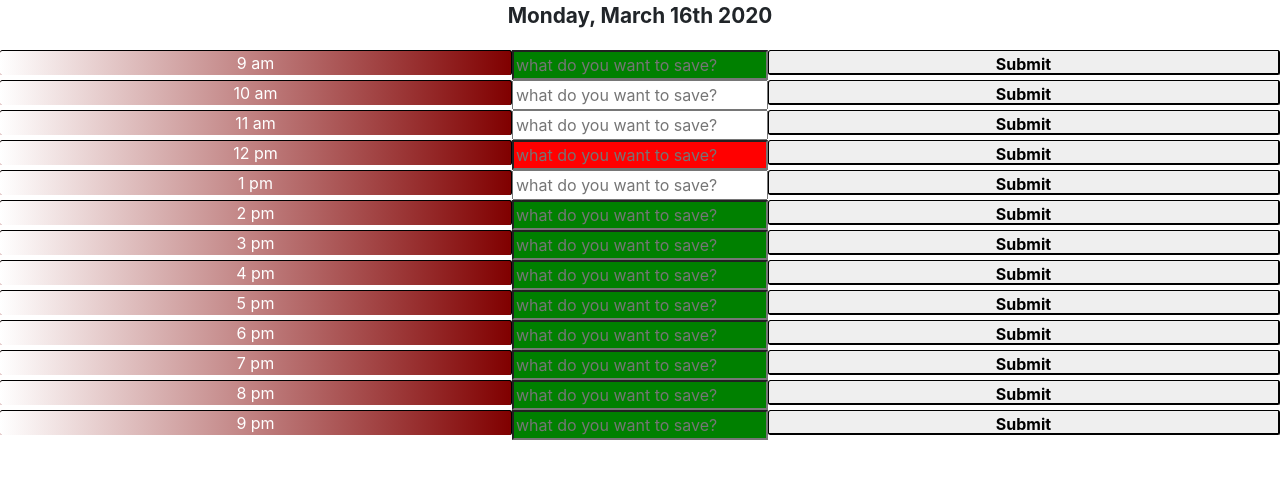
Repository: kkyler24/DayPlanner
Page: Index.html
An editor plug-in stored every save of this project. The page is shown before and after the next save, followed by the edit.
The browser window is 1280 px wide. The pictures show the whole page.
Some web libraries are served in a nearby version.

Above is the page before, as saved 2020-03-29 22:27:48.
Console error: ReferenceError: array is not defined

### Index.html
<!DOCTYPE html>
<html lang="en">
<head>
    <meta charset="UTF-8">
    <meta name="viewport" content="width=device-width, initial-scale=1.0">
    <!-- Style Sheets -->
    <link rel="stylesheet" href="https://maxcdn.bootstrapcdn.com/bootstrap/4.0.0/css/bootstrap.min.css" integrity="sha384-Gn5384xqQ1aoWXA+058RXPxPg6fy4IWvTNh0E263XmFcJlSAwiGgFAW/dAiS6JXm" crossorigin="anonymous">
    <link rel="stylesheet" type="text/CSS" href="Assets/todocss/todostyles.css">
    <link rel="stylesheet"  type="text/CSS" href="style.css">
    <title>Planner</title>
</head>
<body>
<Main>

<!--Todolist todo list Set up -->
<Div style="display: none">
<Section>
    <div id="ContainerTodo">
        <H1>Today's To-Do List</H1>
        <input type="text">
        <ul>
            <li><span>X</span> Go to Gym</li>
            <li><span>X</span> Finish H.W</li>
            <li><span>X</span> Take over the World</li>
        </ul>


         </div>
 <!-- calendar set up -->
    <div class="container col-sm-4 col-md-7 col-lg-4 mt-5">
        <div class="card">
            <h3 class="card-header" id="monthAndYear"></h3>
            <table class="table table-bordered table-responsive-md" id="calendar">
                <thead>
                <tr>
                    <th>Sun</th>
                    <th>Mon</th>
                    <th>Tue</th>
                    <th>Wed</th>
                    <th>Thu</th>
                    <th>Fri</th>
                    <th>Sat</th>
                </tr>
                </thead>

                <tbody id="calendar-body">

                </tbody>
            </table>

            <div class="form-inline">

                <button class="btn btn-outline-primary col-sm-6" id="previous" onclick="previous()">Previous</button>

                <button class="btn btn-outline-primary col-sm-6" id="next" onclick="next()">Next</button>
            </div>
            <br/>
            <form class="form-inline">
                <label class="lead mr-2 ml-2" for="month">Jump To: </label>
                <select class="form-control col-sm-4" name="month" id="month" onchange="jump()">
                    <option value=0>Jan</option>
                    <option value=1>Feb</option>
                    <option value=2>Mar</option>
                    <option value=3>Apr</option>
                    <option value=4>May</option>
                    <option value=5>Jun</option>
                    <option value=6>Jul</option>
                    <option value=7>Aug</option>
                    <option value=8>Sep</option>
                    <option value=9>Oct</option>
                    <option value=10>Nov</option>
                    <option value=11>Dec</option>
                </select>


                <label for="year"></label><select class="form-control col-sm-4" name="year" id="year" onchange="jump()">

                <option value=2020>2020</option>
                <option value=2021>2021</option>
                <option value=2022>2022</option>
                <option value=2023>2023</option>
                <option value=2024>2024</option>
                <option value=2025>2025</option>
                <option value=2026>2026</option>
                <option value=2027>2027</option>
                <option value=2028>2028</option>
                <option value=2029>2029</option>
                <option value=2030>2030</option>
                <option value=2030>2030</option>
                <option value=2030>2030</option>
                <option value=2030>2030</option>
                <option value=2030>2030</option>
            </select></form>
        </div>
    </div>
    <!--<button name="jump" onclick="jump()">Go</button>-->
</sectiontwo>

<!-- <----Scheduler -->
</Div>
<div id="date"></div>
<div>
    <form onsubmit="timeSubmit(event)">
    <div class="column-small left">9 am</div>
    <input class="column-large middle" placeholder="what do you want to save?"/>
    <button type="submit" class="column-small right button"><strong>Submit</strong></button>
    </form>
    <form onsubmit="timeSubmit(event)">
    <div class="column-small left">10 am</div>
    <input class="column-large middle" placeholder="what do you want to save?">
    <button class="column-small right button"><strong>Submit</strong></button>
    </form>
    <form onsubmit="timeSubmit(event)">
    <div class="column-small left">11 am</div>
    <input class="column-large middle" placeholder="what do you want to save?">
    <button class="column-small right button"><strong>Submit</strong></button>
    </form>
    <form onsubmit="timeSubmit(event)">
    <div class="column-small left">12 pm</div>
    <input class="column-large middle" placeholder="what do you want to save?">
    <button class="column-small right button"><strong>Submit</strong></button>
    </form>
    <form onsubmit="timeSubmit(event)">
    <div class="column-small left">1 pm</div>
    <input class="column-large middle" placeholder="what do you want to save?">
    <button class="column-small right button"><strong>Submit</strong></button>
    </form>
    <form onsubmit="timeSubmit(event)">
    <div class="column-small left">2 pm</div>
    <input class="column-large middle" placeholder="what do you want to save?">
    <button class="column-small right button"><strong>Submit</strong></button>
    </form>
    <form onsubmit="timeSubmit(event)">
    <div class="column-small left">3 pm</div>
    <input class="column-large middle" placeholder="what do you want to save?">
    <button class="column-small right button"><strong>Submit</strong></button>
    </form>
    <form onsubmit="timeSubmit(event)">
    <div class="column-small left">4 pm</div>
    <input class="column-large middle" placeholder="what do you want to save?">
    <button class="column-small right button"><strong>Submit</strong></button>
    </form>
    <form onsubmit="timeSubmit(event)">
    <div class="column-small left">5 pm</div>
    <input class="column-large middle" placeholder="what do you want to save?">
    <button class="column-small right button"><strong>Submit</strong></button>
    </form>
    <form onsubmit="timeSubmit(event)">
    <div class="column-small left">6 pm</div>
    <input class="column-large middle" placeholder="what do you want to save?">
    <button class="column-small right button"><strong>Submit</strong></button>
    </form>
    <form onsubmit="timeSubmit(event)">
    <div class="column-small left">7 pm</div>
    <input class="column-large middle" placeholder="what do you want to save?">
    <button class="column-small right button"><strong>Submit</strong></button>
    </form>
    <form onsubmit="timeSubmit(event)">
    <div class="column-small left">8 pm</div>
    <input class="column-large middle" placeholder="what do you want to save?">
    <button class="column-small right button"><strong>Submit</strong></button>
    </form>
    <form onsubmit="timeSubmit(event)">
    <div class="column-small left">9 pm</div>
    <input class="column-large middle" placeholder="what do you want to save?">
    <button class="column-small right button"><strong>Submit</strong></button>
    </form>
      </div>

    </Div>
</Div>

</Main>

<script src="https://code.jquery.com/jquery-3.2.1.slim.min.js" integrity="sha384-KJ3o2DKtIkvYIK3UENzmM7KCkRr/rE9/Qpg6aAZGJwFDMVNA/GpGFF93hXpG5KkN" crossorigin="anonymous"></script>
<script src="https://cdnjs.cloudflare.com/ajax/libs/popper.js/1.12.9/umd/popper.min.js" integrity="sha384-ApNbgh9B+Y1QKtv3Rn7W3mgPxhU9K/ScQsAP7hUibX39j7fakFPskvXusvfa0b4Q" crossorigin="anonymous"></script>
<script src="https://maxcdn.bootstrapcdn.com/bootstrap/4.0.0/js/bootstrap.min.js" integrity="sha384-JZR6Spejh4U02d8jOt6vLEHfe/JQGiRRSQQxSfFWpi1MquVdAyjUar5+76PVCmYl" crossorigin="anonymous"></script>
<script <script src="https://cdnjs.cloudflare.com/ajax/libs/moment.js/2.24.0/moment.min.js"></script>
<script type="text/javascript" src="javascript.js"></script>
<script type="text/javascript" src="Assets/todo JS/todo.js"></script>
</body>
</html>

### Assets/todocss/todostyles.css
/* #ContainerTodo{
  border: 2px solid teal ;
  border-radius:10px ;
  width: 400px;
  margin-top:3rem;
  margin-left:200px ;
  float: left;

} */


Planner

.past{
  background-color: grey;
}
.present {
  background-color: red;
}
.future {
  background-color: green;
}
.column-small {
  flex-grow: 1;
  display: inline-block;
  text-align: center;
  height: 25px;
  width: 25px;
  border-top: 1px solid black;
  border-radius: 2.5px;
}
.column-large {
  flex-grow: 10;
  display: inline-block;
  text-align: center;
}
.left {
  border-right: 1px solid black;
  background-color: maroon;
  color: white;
  background-image: linear-gradient(to right, white, maroon);
}
.right {
  border-left: 1px solid black;
  cursor: pointer;
}
.middle {
  border-bottom: 1px solid black;
  background-color: beige;
}
#date {
  margin: auto;
  text-align: center;
  height: 50px;
  width: 50%;
  font-weight: bold;
  font-size: 1.3em;
}
form {
  display: flex;
}

### style.css
/* .container{
    margin-right: 150px;
    margin-top: 3rem;
    float: left;
    border: 2px solid teal;
    border-radius: 10px;
} */

### javascript.js
let today = new Date();
let currentMonth = today.getMonth();
let currentYear = today.getFullYear();
let selectYear = document.getElementById("year");
let selectMonth = document.getElementById("month");


let months = ["January", "February", "March", "April", "May", "June", "July", "August", "September", "October", "November", "December"];

let monthAndYear = document.getElementById("monthAndYear");
showCalendar(currentMonth, currentYear);

function showCalendar(month, year){

    let firstDay =(new Date(year, month)).getDay();
    let daysInMonth = 32- new Date(year, month, 32).getDate();

    // -->body of the Calendar<--
    let tbl = document.getElementById("calendar-body");


// -->clear previous cells, for new month<--
    tbl.innerHTML="";

    monthAndYear.innerHTML= months[months]+" "+ year;

    // --> create cells for Calendar<--
    let date = 1;
    for(let i = 0; i < 6; i++){
        let row  = document.createElement("tr");
        // --> creating table rows. not really sure about the 6 part. inquire why you need a 6 and not a 7-->

        // creating indivdual cells, and putting data in them.

        for(let j = 0; j < 7; j++){
            if(i===0 && j< firstDay){
                let cell = document.createElement("td");
                let cellText = document.createTextNode("");
                cell.appendChild(cellText);
                row.appendChild(cell);
            }
            else if(date > daysInMonth)
             { break;

        }
        else {
            let cell = document.createElement("td");
            let cellText = document.createTextNode(date);
            if(date ===today.getDate() && year === today.getFullYear() && month === today.getMonth()){
                cell.classList.add
                // --> bootstrap colors, try to get a wider variety of colors <--
                ("bg-info");
            }
            cell.appendChild(cellText);
            row.appendChild(cell);


        }
        date++;

        }

        tbl.appendChild(row);

    }

}

function previous(){
    currentYear =( currentMonth === 0)? currentYear -1 : currentYear;
    currentMonth = currentMonth === 0? 11:currentMonth-1;
    showCalendar(currentMonth, currentYear);
}

function next(){
    currentYear = (currentMonth ===11)? currentYear + 1: currentYear;
    currentMonth = (currentMonth + 1) % 12;
    showCalendar (currentMonth, currentYear);

}
// To do list set up

### Assets/todo JS/todo.js
// check off to do list items and change colors for different stages// in progress<--
$("li").dblclick(function () {
        if($(this).css("color") === "rgb(11, 209, 170)"){
            $(this).css({
                color: "gray",
                textDecoration: "line-through"
            });
        }
        else{
            $(this).css({
            color: "rgb(11, 209, 170)",
            textDecoration: "none",
            fontWeight: "bold"
        });
    }
});

$("li").click(function () {
    // if Li is grey how do we change it back to black?
    if($(this).css("color") === "rgb(128, 128, 128)"){
        $(this).css({
            color: "black",
            textDecoration: "none"
        });
    }
    else{
        $(this).css({
        color: "gray",
        textDecoration: "line-through"
    });
}
});

// --->planner<--

var date = document.getElementById("date");
var dateOfMonth = moment().date(String).local().format("dddd, MMMM Do YYYY");
var presentTime;
date.append(dateOfMonth);
var dataInput;
var key = new Object();
var newElement;
function timeSubmit(evt){
    evt.preventDefault();
    dataInput = evt.target.children[1].value;
    key[evt.target.children[0].innerText] = dataInput;
    localStorage.setItem(evt.target.innerText, dataInput);
    console.log(key);
}
var left = document.getElementsByClassName("left");
var timeArray = [...document.querySelectorAll('.left')];
var input = [...document.querySelectorAll('.middle')];

var presentTime = moment().format('h');

timeArray.forEach(function(element){
    var time = $(element);
    var times = time.siblings()[0];
    var text = time.html();
    if (text.length === 4){
        text = text.slice(0,1);
    } else if
    (text.length === 5){
        text = text.slice(0,2);
    }
    if (text > presentTime){
        times.setAttribute("class", "future");
    } else if (text < presentTime){
        times.setAttribute("class", "past");
    } else if (text === presentTime){
        times.setAttribute("class", "present");
    }
})
array.forEach(function(element){
    var text = element.innerHTML;
    if (text.length === 4){
        text = text.slice(0,1);
    } else if
    (text.length === 5){
        text = text.slice(0,2);
    }
    if (text > presentTime){

    }
})
var text;
var textArr = [];
for (var i = 0; i < left.length; i++){
    text = left[i].innerHTML;
    if (text.length === 4){
        text = text.slice(0,1);
    } else if
    (text.length === 5){
        text = text.slice(0,2);
    }
    textArr.push(text);
}
presentTime = moment().format('hmm');
textArr.forEach(function(element){
    newElement = element.concat("00");
    console.log(newElement);
})


textArr.forEach(function(time){
    if(presentTime > time){

    }
})

After the next save:
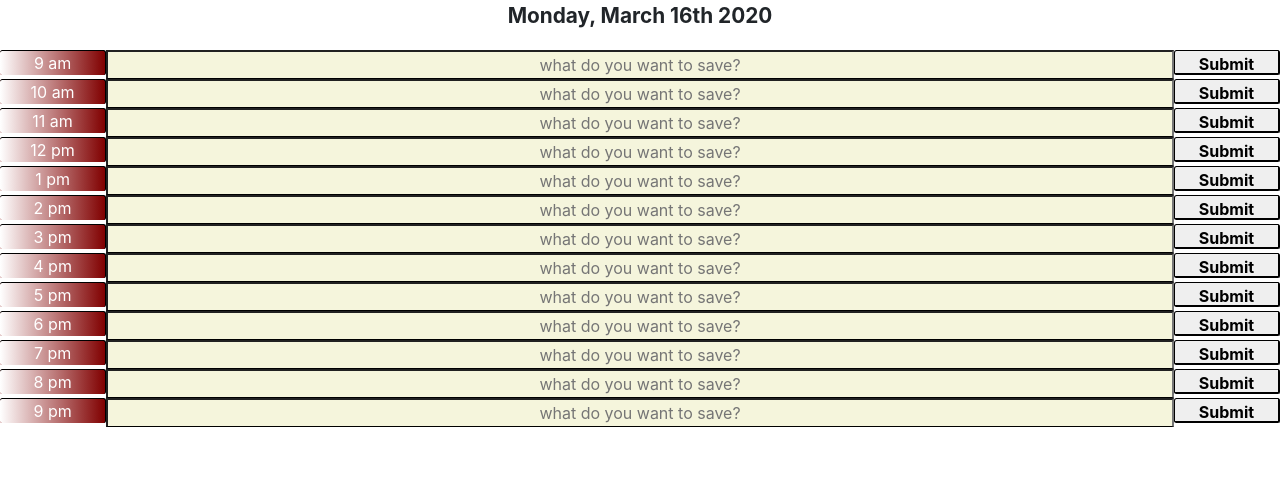
The error is gone.
Saved 39 h 2 min later.
--- a/Assets/todo JS/todo.js
+++ b/Assets/todo JS/todo.js
@@ -35,11 +35,17 @@ $("li").click(function () {
 
 var date = document.getElementById("date");
 var dateOfMonth = moment().date(String).local().format("dddd, MMMM Do YYYY");
+console.log(dateOfMonth)
 var presentTime;
 date.append(dateOfMonth);
+
+
 var dataInput;
-var key = new Object();
+var key = new Object(); // {}
+//var key ={}
+
 var newElement;
+
 function timeSubmit(evt){
     evt.preventDefault();
     dataInput = evt.target.children[1].value;
@@ -47,12 +53,10 @@ function timeSubmit(evt){
     localStorage.setItem(evt.target.innerText, dataInput);
     console.log(key);
 }
+
+
 var left = document.getElementsByClassName("left");
 var timeArray = [...document.querySelectorAll('.left')];
-var input = [...document.querySelectorAll('.middle')];
-
-var presentTime = moment().format('h');
-
 timeArray.forEach(function(element){
     var time = $(element);
     var times = time.siblings()[0];
@@ -71,13 +75,40 @@ timeArray.forEach(function(element){
         times.setAttribute("class", "present");
     }
 })
+
+// $('.left').each(element =>{
+
+//     var time = $(element);
+//     var times = time.siblings()[0];
+//     var text = time.html();
+//     if (text.length === 4){
+//         text = text.slice(0,1);
+//     } else if
+//     (text.length === 5){
+//         text = text.slice(0,2);
+//     }
+//     if (text > presentTime){
+//         times.setAttribute("class", "future");
+//     } else if (text < presentTime){
+//         times.setAttribute("class", "past");
+//     } else if (text === presentTime){
+//         times.setAttribute("class", "present");
+//     }
+// } )
+var array= [...document.querySelectorAll('.middle')];
+
+
+
+var presentTime = moment().format('h');
+
+
 array.forEach(function(element){
     var text = element.innerHTML;
     if (text.length === 4){
-        text = text.slice(0,1);
+        text = text.slice(0,1);// grabs 1 value index 0
     } else if
     (text.length === 5){
-        text = text.slice(0,2);
+        text = text.slice(0,2);/// grab from index 0 up to 2 but not including 2
     }
     if (text > presentTime){
 
